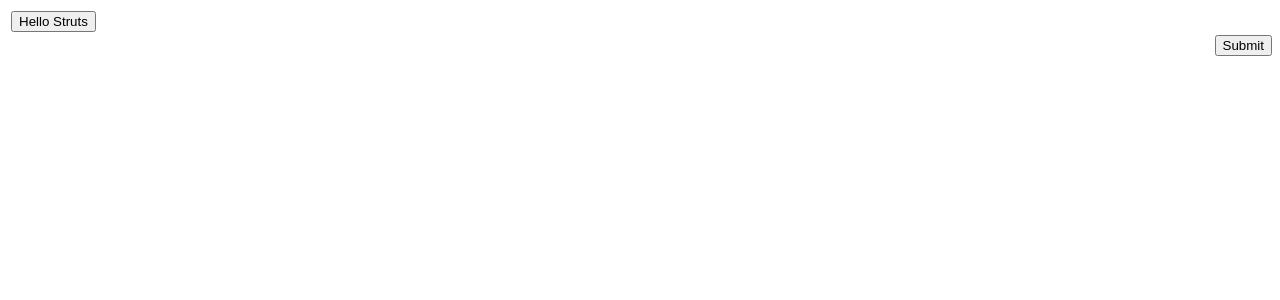
Repository: 1209mori05/test
Page: http://localhost/WebProj4/
An editor plug-in stored every save of this project. The page is shown before and after the next save, followed by the edit.
The browser window is 1280 px wide. The pictures show the whole page.
The page is served by Tomcat 9. Other server files are loaded and not shown.

Above is the page before, as saved 2018-03-16 02:36:50.

### WebProj4/WebContent/index.jsp
<%@ page language="java" contentType="text/html; charset=UTF-8"
    pageEncoding="UTF-8"%>
<%@ taglib prefix="s" uri="/struts-tags" %>

<!DOCTYPE html>
<html>
<head>
<meta charset="UTF-8">
<title>INDEX</title>
</head>
<body>
	<s:form action="HelloStrutsAction">
		<s:submit value="Hello Struts" />
	</s:form>

	<form action="WelcomeAction">
		<s:submit Value="Welcome" />
	</form>

</body>
</html>

After the next save:
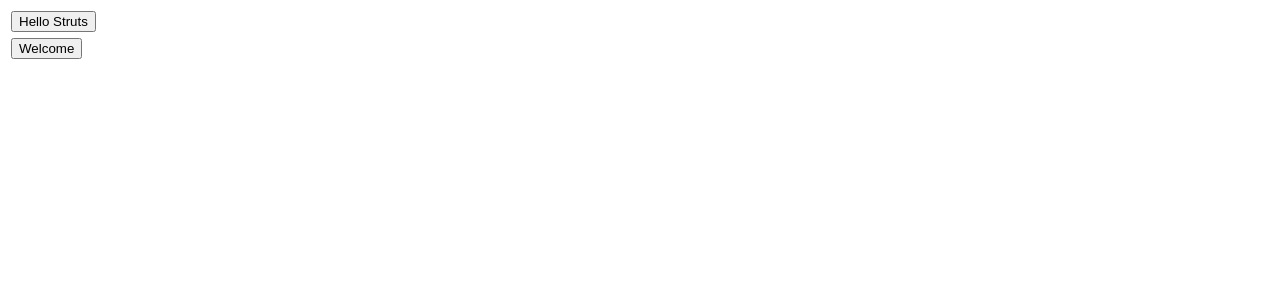
Saved 3 min 31 s later.
--- a/WebProj4/WebContent/index.jsp
+++ b/WebProj4/WebContent/index.jsp
@@ -13,9 +13,9 @@
 		<s:submit value="Hello Struts" />
 	</s:form>
 
-	<form action="WelcomeAction">
-		<s:submit Value="Welcome" />
-	</form>
+	<s:form action="WelcomeAction">
+		<s:submit value="Welcome" />
+	</s:form>
 
 </body>
 </html>
